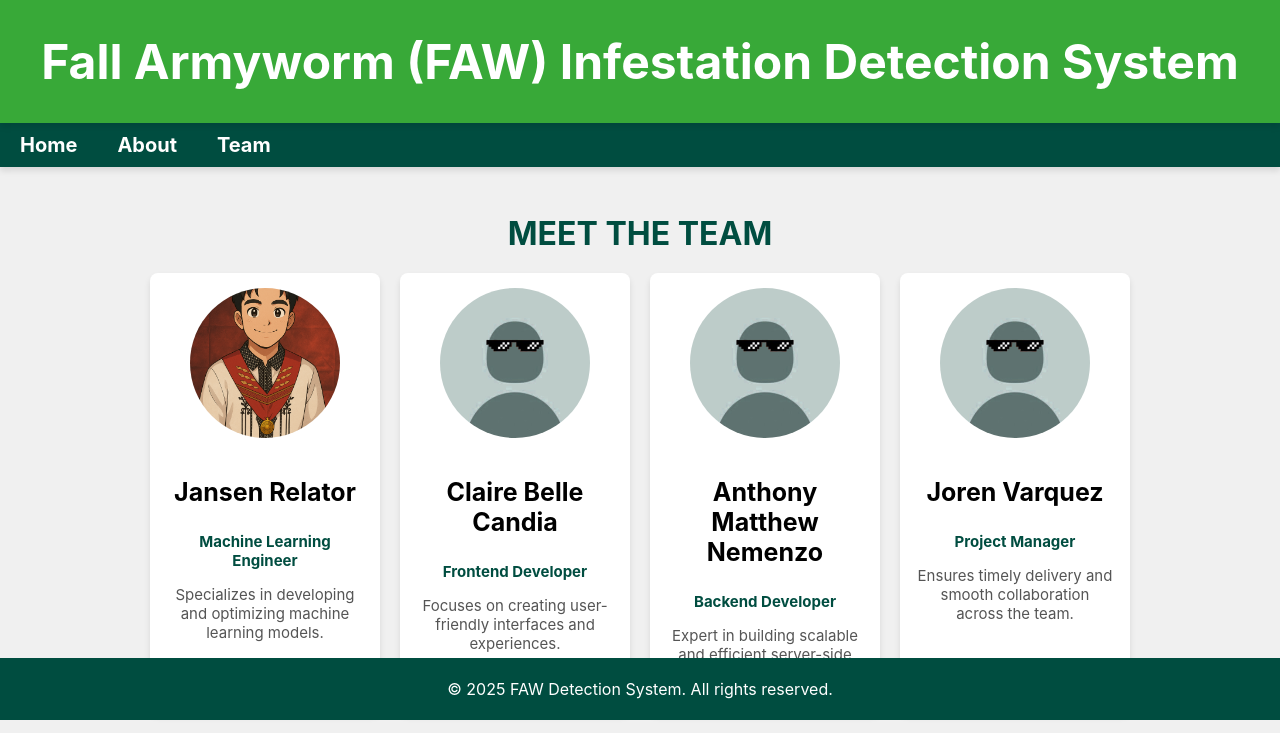
Repository: jansen223/faw-detection-main
Page: /team
These files come from the project's save history. The page is drawn as it stood at one moment and after the next save; the edit follows.
The browser window is 1280 px wide. The pictures show the whole page.
The page's requests for data from a server got no answer. The project was rebuilt for these pictures with package versions that can differ from the ones it lists, and the page was loaded fresh each time. No one was signed in, and anything a server would have sent is missing. Also part of the build but not shown: src/pages/Home.css, src/pages/Home.js, src/pages/About.css, src/pages/About.js, src/pages/Summary.css, src/pages/Summary.js.

Above is the page before, as saved 2025-04-10 18:36:03.

After the next save:
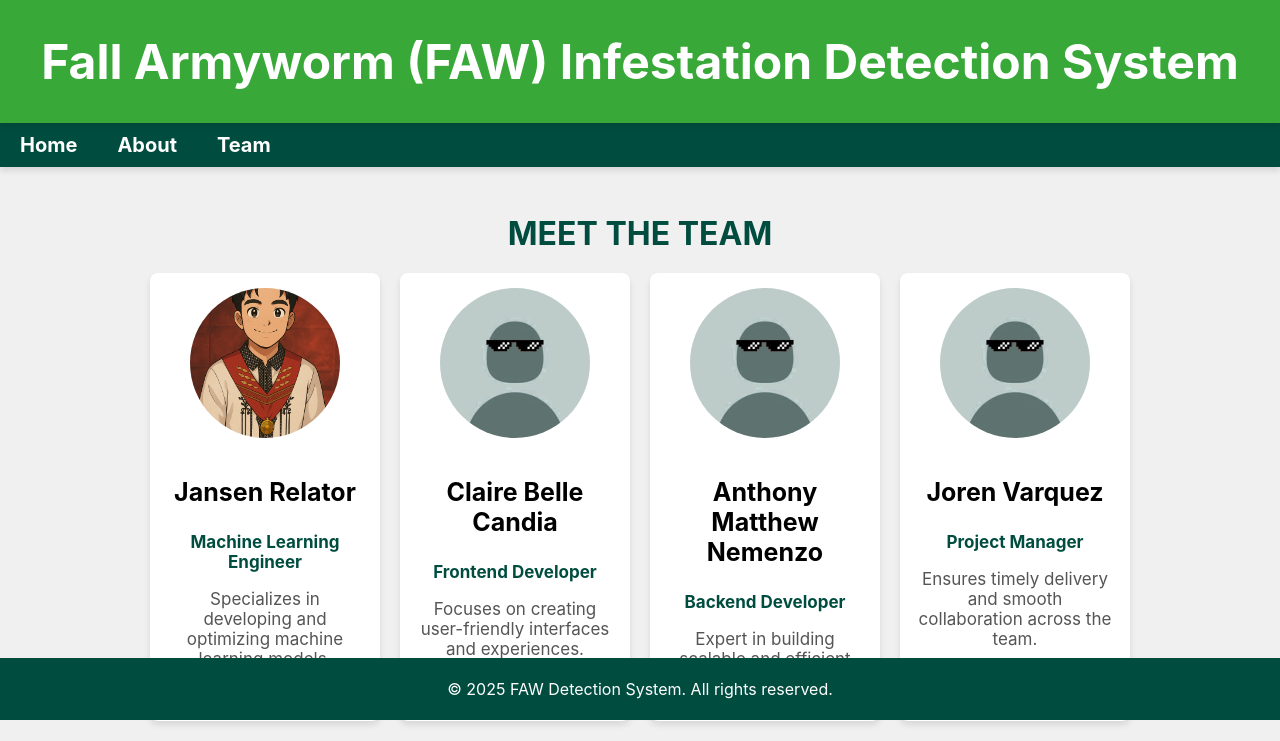
Saved 10 s later.
--- a/src/pages/Team.css
+++ b/src/pages/Team.css
@@ -31,7 +31,7 @@
 }
 
 .team-member p {
-  font-size: 15px;
+  font-size: 17px;
 }
 .team-member-image {
   border-radius: 50%;
